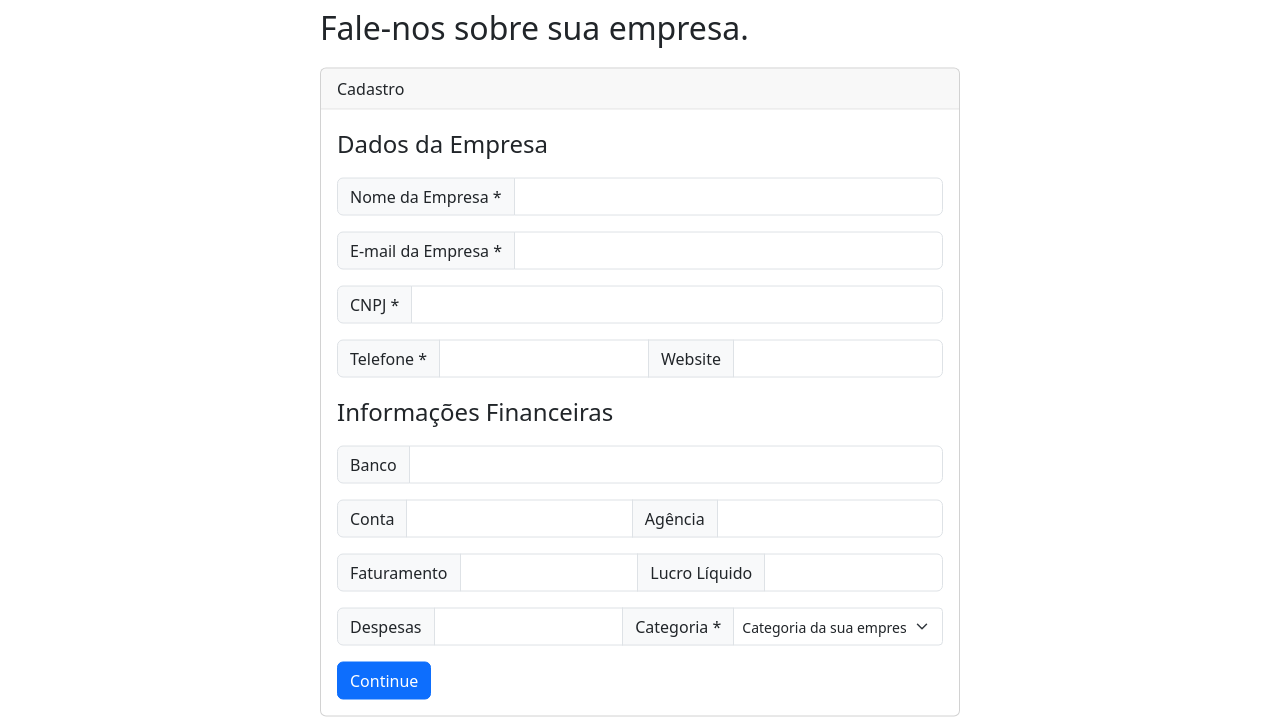
Repository: vandrecx/utilitaries
Page: http://localhost/login_archive/cadastro.php
The author's editor kept a copy of each file at every save. The page is drawn from the files as they stood at one save, then again after the next save.
The browser window is 1280 px wide. The pictures show the whole page.
The page is run by PHP 8.4 with error messages shown; the project is at /var/www/html/.

Above is the page before, as saved 2024-05-03 13:36:30.

After the next save:
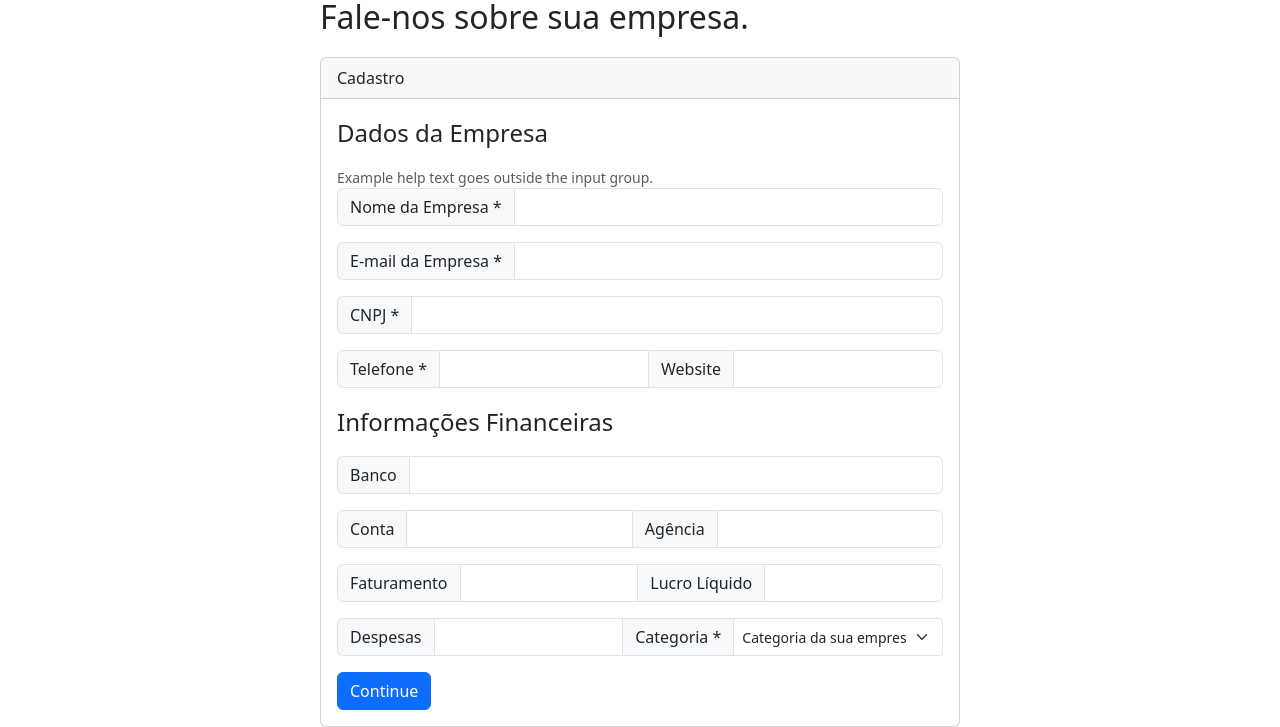
Saved 45 s later.
--- a/login_archive/cadastro.php
+++ b/login_archive/cadastro.php
@@ -22,6 +22,7 @@ include 'funcoes.php';
             </div>
             <div class="card-body">
                 <p class="fs-4">Dados da Empresa</p>
+                <div class="form-text" id="basic-addon4">Example help text goes outside the input group.</div>
                 <form method="POST" action="UserSignUp.php">
                     <div class="input-group mb-3">
                         <span class="input-group-text" id="inputGroup-sizing-default">Nome da Empresa *</span>
